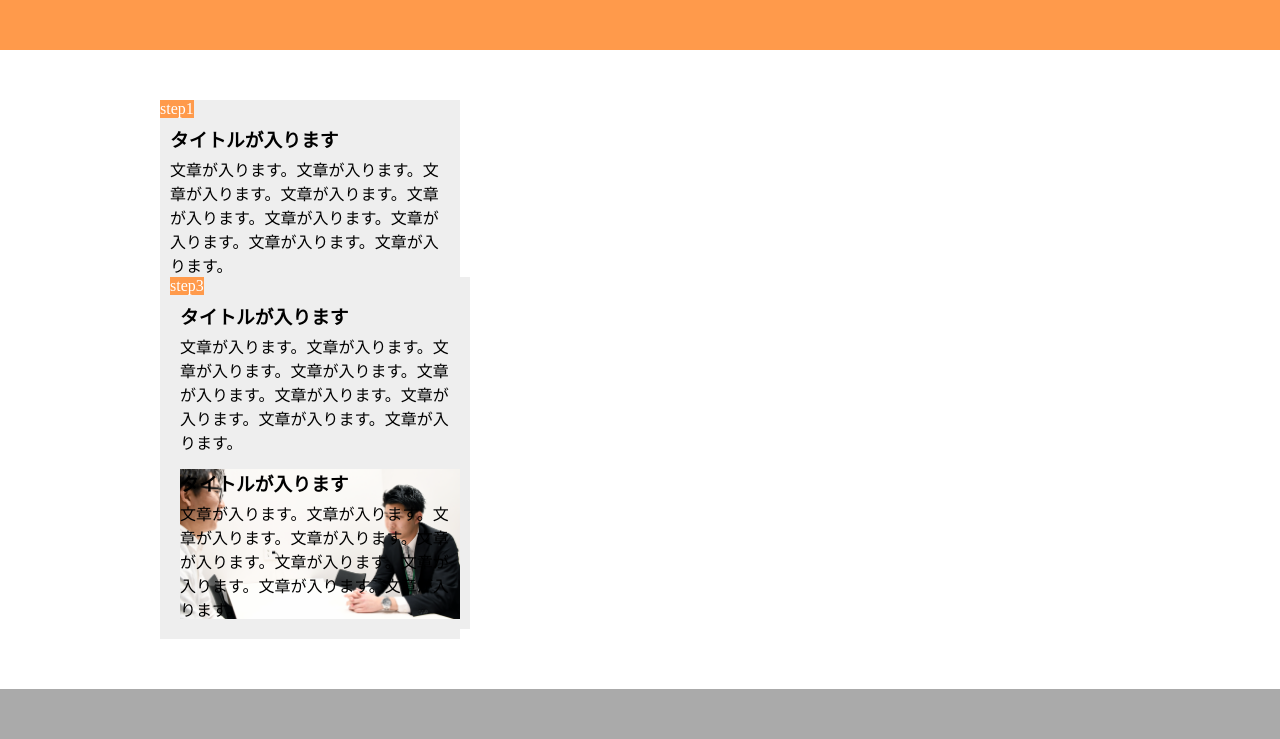
Repository: uchinokana/git-practiced
Page: 課題提出/sample.html
The author's editor kept a record of every edit. The page is drawn from the files as they stood at one moment, then again after the next edit.
The browser window is 1280 px wide. The pictures show the whole page.

Above is the page before.

After the next edit:
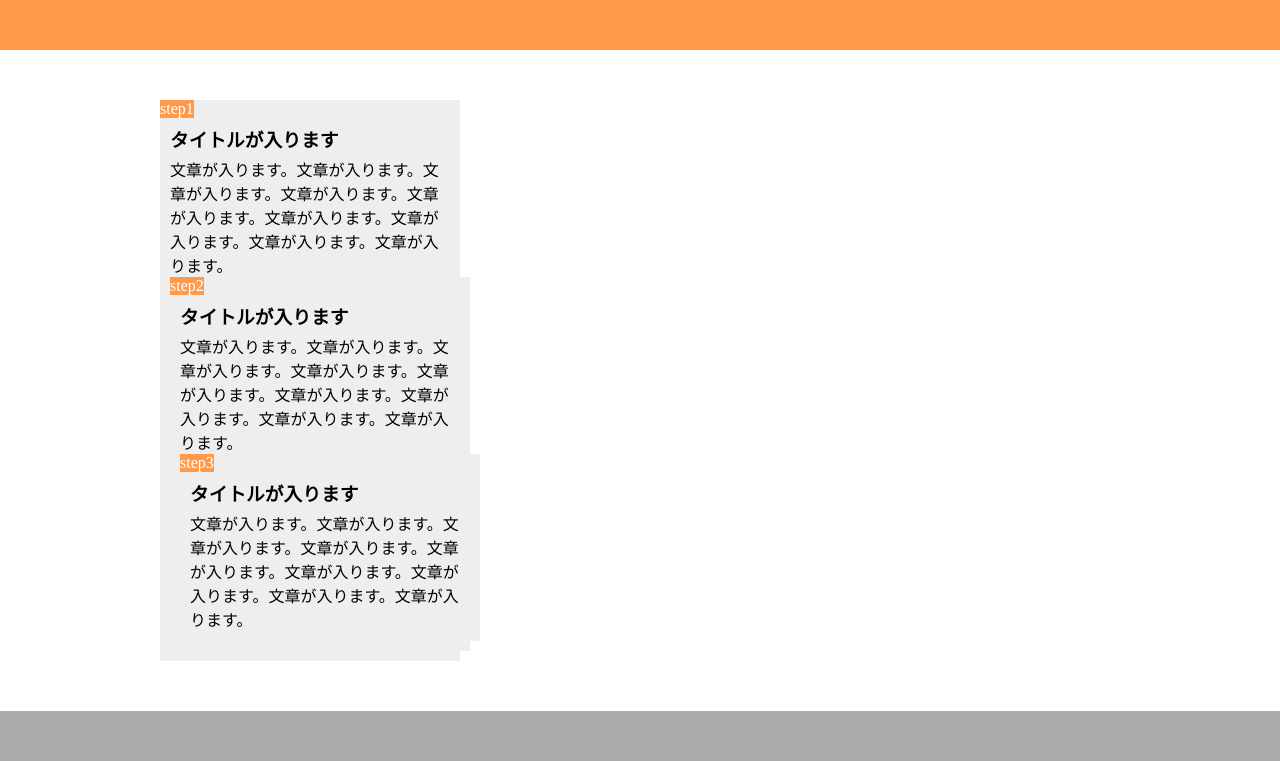
The edit:
--- a/課題提出/sample.html
+++ b/課題提出/sample.html
@@ -28,8 +28,8 @@
 
         </p>
       </div>
-      <div id="step-box">
-        <div class="step-img3"><div/>
+      <div class="step-box">
+        <div id="step-img3"><div/>
         <span class="step-num">step3</span>
         <h3 class="title">タイトルが入ります</h3>
         <p class="text">
